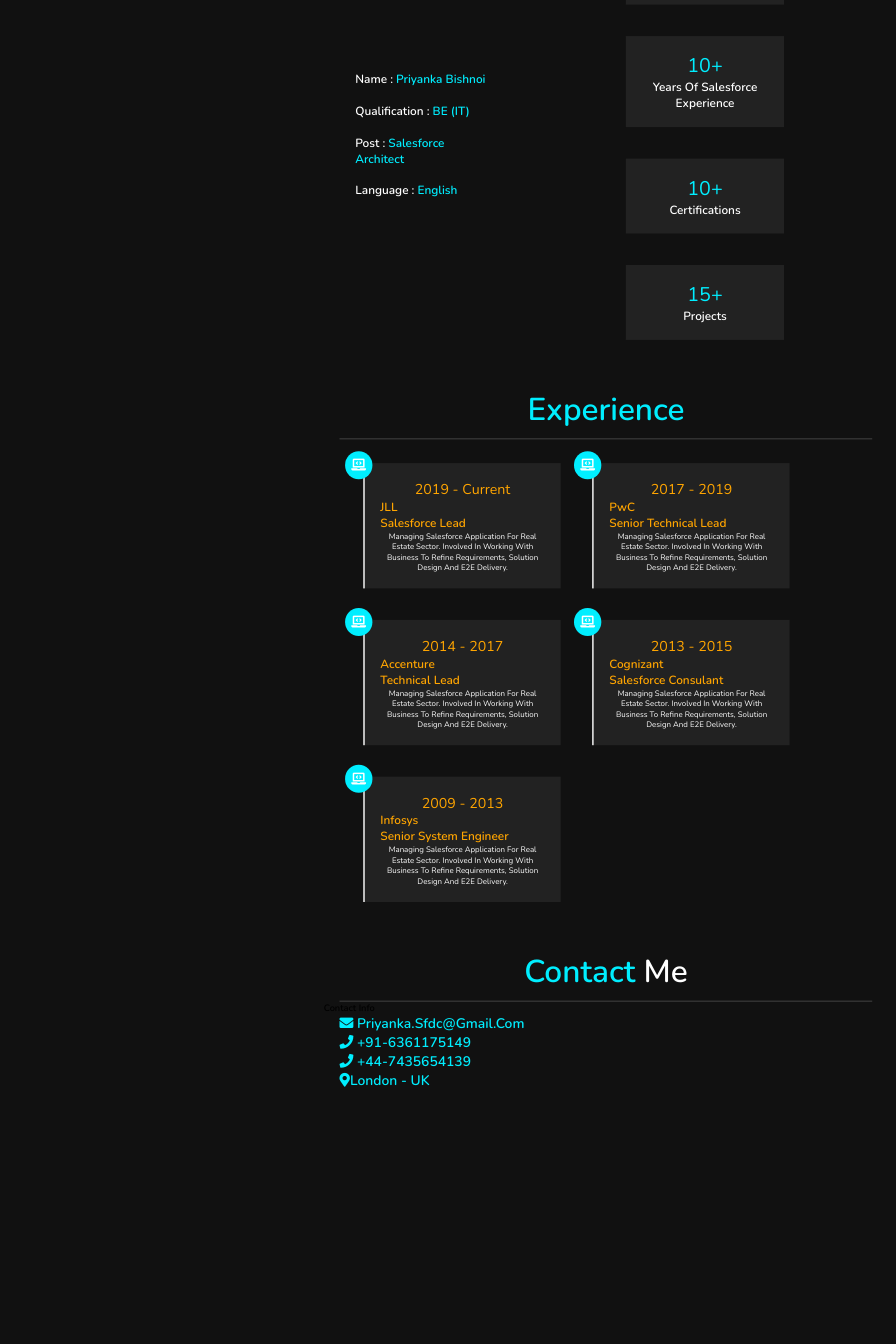
Repository: priyanka-bishnoi/PortfolioPage
Page: MyPage.html
An editor plug-in stored every save of this project. The page is shown before and after the next save, followed by the edit.
The browser window is 1280 px wide. The pictures show the part of the page from y = 952 to 2872 px (the page is 3006 px tall), at 70% of full size.

Above is the page before, as saved 2022-10-09 15:40:53.

After the next save:
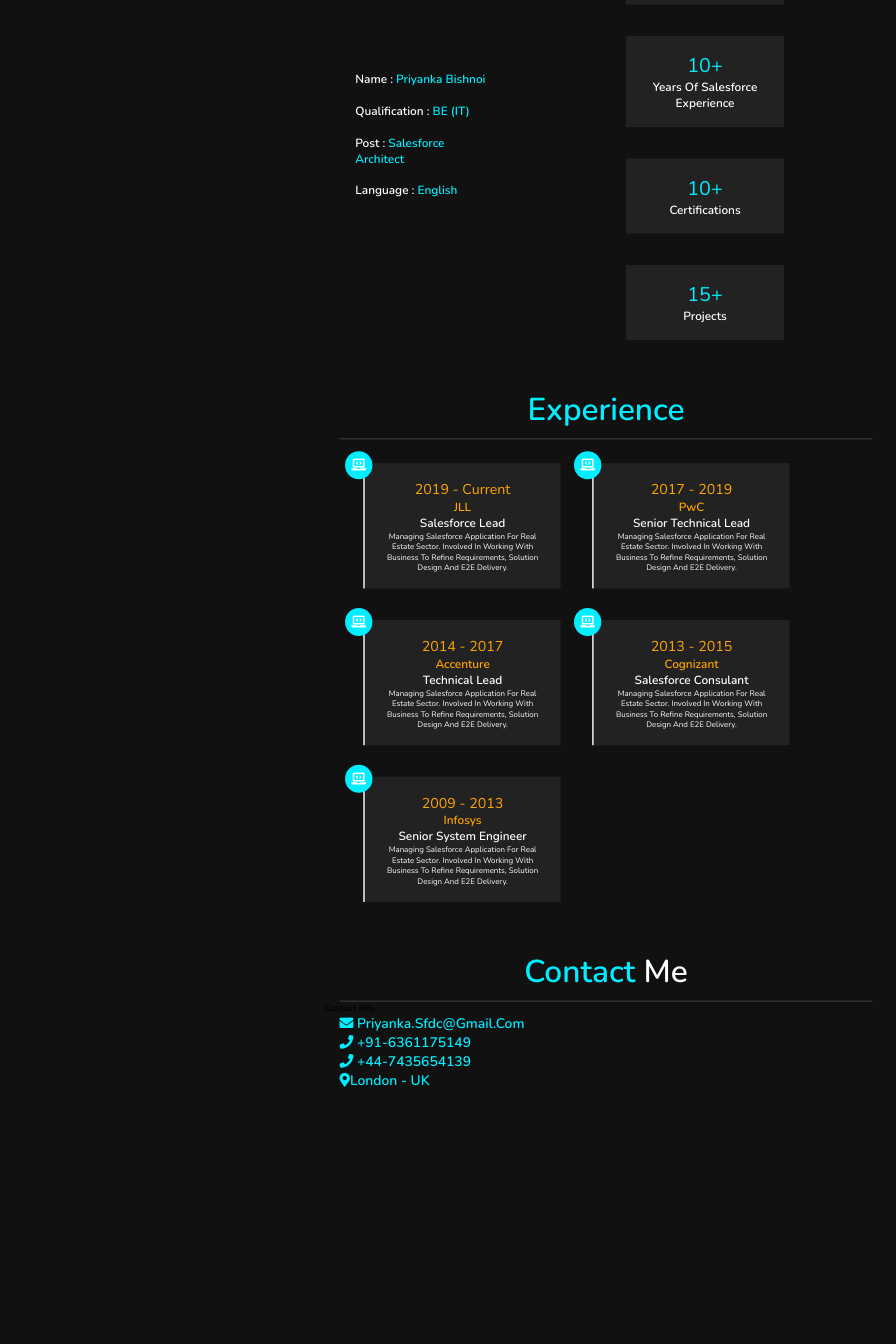
Saved 88 s later.
--- a/css/style.css
+++ b/css/style.css
@@ -233,21 +233,21 @@ header .navBar ul li a:hover{
 
 .experience .exp .box span{
 
-    text-align: left;
+    text-align: center;
     font-size: 1.8rem;
     color:orange;
 }
 .experience .exp .box h3{
 
-    text-align: left;
+    text-align: center;
     font-size: 1.5rem;
     color:orange;
 }
 .experience .exp .box h2{
 
-    text-align: left;
-    font-size: 1.5rem;
-    color:orange;
+    text-align: center;
+    font-size: 1.5rem;
+    color:white;
 }
 
 .contact .row .content .info {
